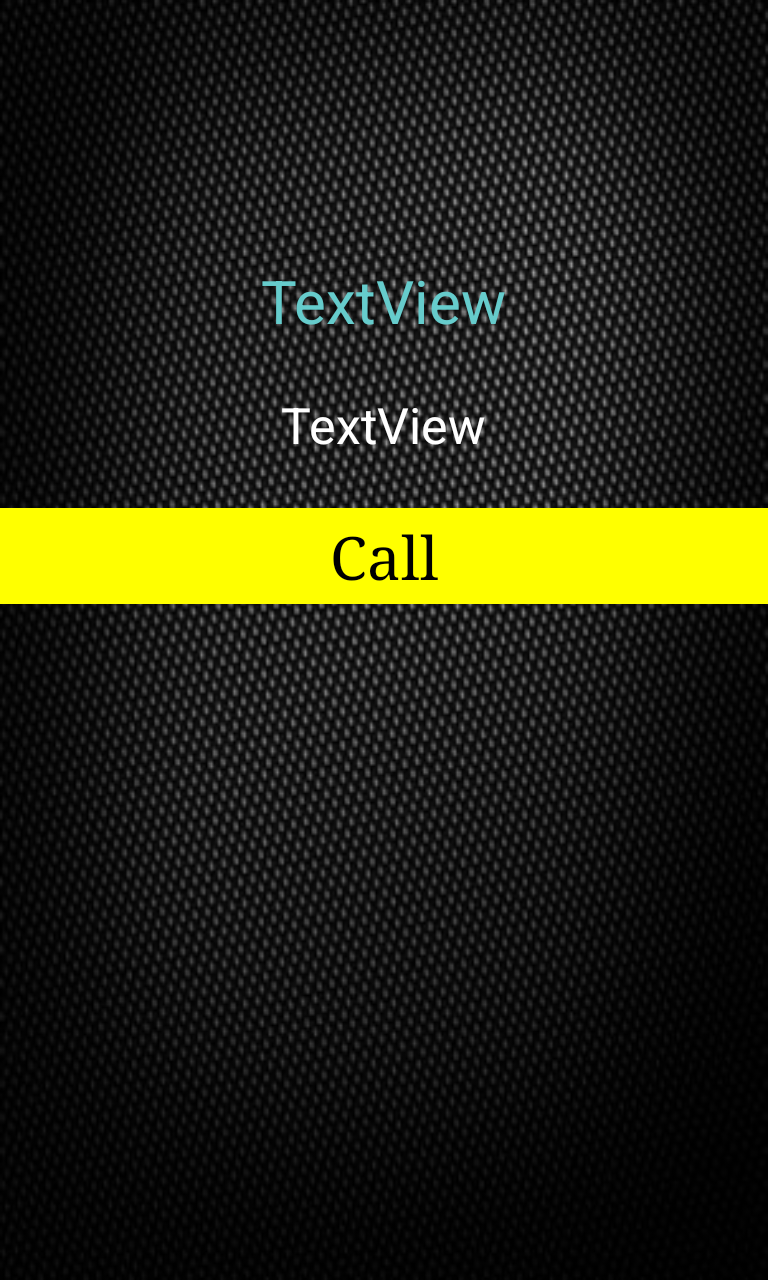
Repository: kenshiryu7/mdv-projects
Layout: Java_2/Java2_w3/res/layout/testing_view.xml
An editor plug-in stored every save of this project. The layout is shown before and after the next save, followed by the edit.
It is drawn on a 768 x 1280 px phone screen (xhdpi) without system bars, with theme AppTheme; the app's code is not run.

Above is the layout before, as saved 2012-12-04 03:41:52.

After the next save:
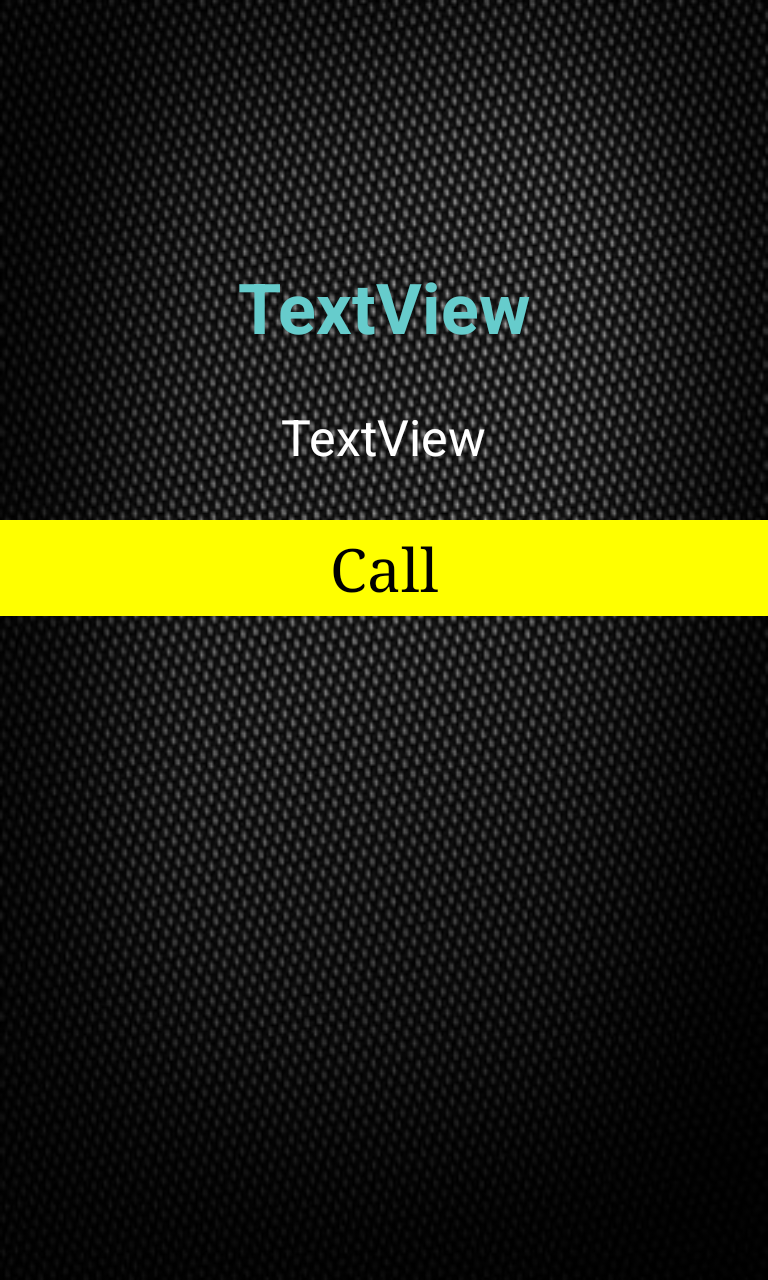
Saved 2 min 23 s later.
--- a/Java_2/Java2_w3/res/layout/testing_view.xml
+++ b/Java_2/Java2_w3/res/layout/testing_view.xml
@@ -21,7 +21,8 @@
         android:layout_marginTop="15dp"
         android:text="TextView"
         android:textColor="#66CCCC"
-        android:textSize="30sp" />
+        android:textSize="35sp"
+        android:textStyle="bold" />
 
     <TextView
         android:id="@+id/phone_digits"
